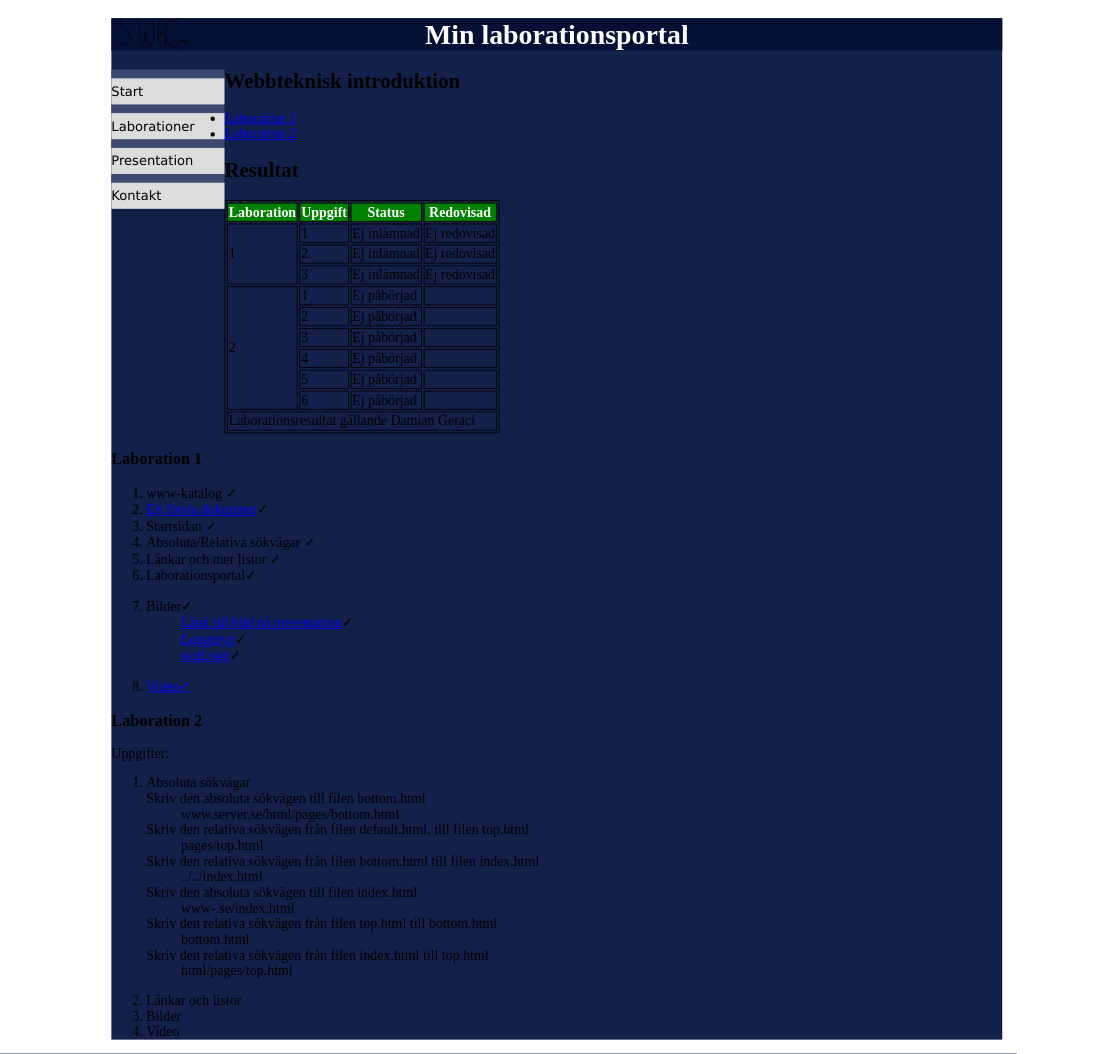
Repository: dg222dm/1ik415-laborationer
Page: pages/laborationer.html
The author's editor kept a record of every edit. The page is drawn from the files as they stood at one moment, then again after the next edit.
The browser window is 1280 px wide. The pictures show the whole page, at 87% of full size.

Above is the page before.

### pages/laborationer.html
<!doctype html>
<html lang="sv">
    <head>
        <link rel="stylesheet"  href="../css/style.css" />
        <meta charset="utf-8" />
        <title>Laborationer</title>
        <!--http://docs.webplatform.org/wiki/guides/html_tables -->
        <style>
        table,th,td
        {
        border:1px solid black;
        }
        </style>
    </head>

    <body>
    <div id="background">
    <div id="header">
        <h1>Min laborationsportal</h1>
    </div>

    <div id="nav">
<!--Lista med länkar -->
        <ul>
            <li><a href="../index.html">Start</a></li>
            <li><a href="laborationer.html">Laborationer</a></li>
            <li><a href="presentation.html">Presentation</a></li>
            <li><a href="kontakt.html">Kontakt</a></li>

<!--Slut på länk lista -->
        </ul>
    </div>
        <h2>Webbteknisk introduktion</h2>

        <ul>
            <li><a href="#lab1">Laboration 1</a></li>
            <li><a href="#lab2">Laboration 2</a></li>
        </ul>

<!--Tabell med studieresultat -->
<!-- http://www.w3schools.com/tags/tryit.asp?filename=tryhtml_td_rowspan -->
        <h2>Resultat</h2>
        <table>
            <thead>
                <tr>
                    <th>Laboration</th>
                    <th>Uppgift</th>
                    <th>Status</th>
                    <th>Redovisad</th>
                </tr>
            </thead>
            <tbody>
                <tr>
                    <td rowspan="3">1</td>
                    <td>1</td>
                    <td>Ej inlämnad</td>
                    <td>Ej redovisad</td>

                </tr>
                <tr>
                    <td>2</td>
                    <td>Ej inlämnad</td>
                    <td>Ej redovisad</td>
                </tr>
                <tr>
                    <td>3</td>
                    <td>Ej inlämnad</td>
                    <td>Ej redovisad</td>
                </tr>
                <tr>
                    <td rowspan="6">2</td>
                    <td>1</td>
                    <td>Ej påbörjad</td>
                    <td></td>
                </tr>
                <tr>
                    <td>2</td>
                    <td>Ej påbörjad</td>
                    <td></td>
                </tr>
                <tr>
                    <td>3</td>
                    <td>Ej påbörjad</td>
                    <td></td>
                </tr>
                <tr>
                    <td>4</td>
                    <td>Ej påbörjad</td>
                    <td></td>
                </tr>
                <tr>
                    <td>5</td>
                    <td>Ej påbörjad</td>
                    <td></td>
                </tr>
                <tr>
                    <td>6</td>
                    <td>Ej påbörjad</td>
                    <td></td>
                </tr>
            </tbody>
            <tfoot>
                <tr>
                    <td colspan="4">Laborationsresultat gällande Damian Geraci</td>
                </tr>
            </tfoot>
        </table>
<!--Slut på länklista med ID attributer-->
        <h3><a id="lab1">Laboration 1</a></h3>
        <ol>
            <li>www-katalog &#x2713;</li>
            <li><a href="presentation.html">Ett första dokument</a>&#x2713;</li>
            <li>Startsidan &#x2713;</li>
            <li>Absoluta/Relativa sökvägar &#x2713;</li>
            <li>Länkar och mer listor &#x2713;</li>
            <li>Laborationsportal&#x2713;</li>
            <!-- fråga läraren om mellanrummet -->
            <li><dl>
                <dt>Bilder&#x2713;</dt>
                <dd><a href="presentation.html#lyra">Länk till bild på presentation</a>&#x2713;</dd>
                <dd><a href="../pics/LoggoLab1.png">Loggotyp</a>&#x2713;</dd>
                <dd><a href="../index.html#svgLogo">svgLogo</a>&#x2713;</dd>
            </dl></li>
            <li><a href="../index.html#motivation">Video&#x2713;</a></li>
        </ol>
        <h3><a id="lab2">Laboration 2</a></h3>

<!--Lista med Laborations uppgifter-->
        <p>Uppgifter:</p>
        <ol>
            <li><dl>
                    <dt>Absoluta sökvägar</dt>
                    <dt>Skriv den absoluta sökvägen till filen bottom.html</dt>
                    <dd>www.server.se/html/pages/bottom.html</dd>
                    <dt>Skriv den relativa sökvägen från filen default.html. till filen top.html</dt>
                    <dd>pages/top.html</dd>
                    <dt>Skriv den relativa sökvägen från filen bottom.html till filen index.html</dt>
                    <dd>../../index.html</dd>
                    <dt>Skriv den absoluta sökvägen till filen index.html</dt>
                    <dd>www-.se/index.html</dd>
                    <dt>Skriv den relativa sökvägen från filen top.html till bottom.html</dt>
                    <dd>bottom.html</dd>
                    <dt>Skriv den relativa sökvägen från filen index.html till top.html</dt>
                    <dd>html/pages/top.html</dd>
            </dl></li>
            <li>Länkar och listor</li>
            <li>Bilder</li>
            <li>Video</li>
        </ol>
    </article>
    </div>
    </div>
    </body>
</html>

### css/style.css
#header {
    width:1024px;
    background-color:#051035;
    color:white;
    text-align:center;
    background-image: url(../css/pics/svgLogo.svg);
    background-size: 100px 100px;
    background-position: left -20px;
    background-repeat: no-repeat;

}
#nav ul{
    line-height:30px;
    background-color:#3E496F;
    list-style-type: none;
    font-family: verdana;
    font-size:15px;
    float:left;
    margin: 0;
    padding:0;
}

#nav li{
    margin: 10px 0 0; /*Mellan rum mellan list items*/
}

.active {
    font-size:20px;
    text-align:center;
}

#nav a{
    display: block;
    width: 130px;
    background: #dcdcdc;
    text-decoration: none; /*tar bort understräcken*/
}

#nav a:link, #nav a:active, #nav a:visited {
    color: #000000;
}

#nav a:hover {
    border:1px solid #000000;
    background:#333333;
    color: #ffffff;
}

#background {
    width:1024px;
    height:auto;
    margin:0 auto;
    background-color:#13214A;
}



#footer {
    background-color:#051035;
    width:1024px;
    color:white;
    clear:both;
    text-align:center;

}

#content {
  width: 730px;
  float:left;
  background-color:#596381;
  height: auto;

}

.right {
    float: right;
    border:1px solid #021a40;
    padding: 1px;
}
.left {
    float: left;
    border:1px solid #021a40;
    padding: 1px;
}

.center {
    margin-left:220px;

  }

  table, td, th {
    border: 1px  solid;
}

th {
    background-color: green;
    color: white;
}
/*
header färg: #051035
nav fönster färg: #3E496F
bakgrundsfärg: #13214A
content färg: #596381
footer färg: #051035

*/

After the next edit:
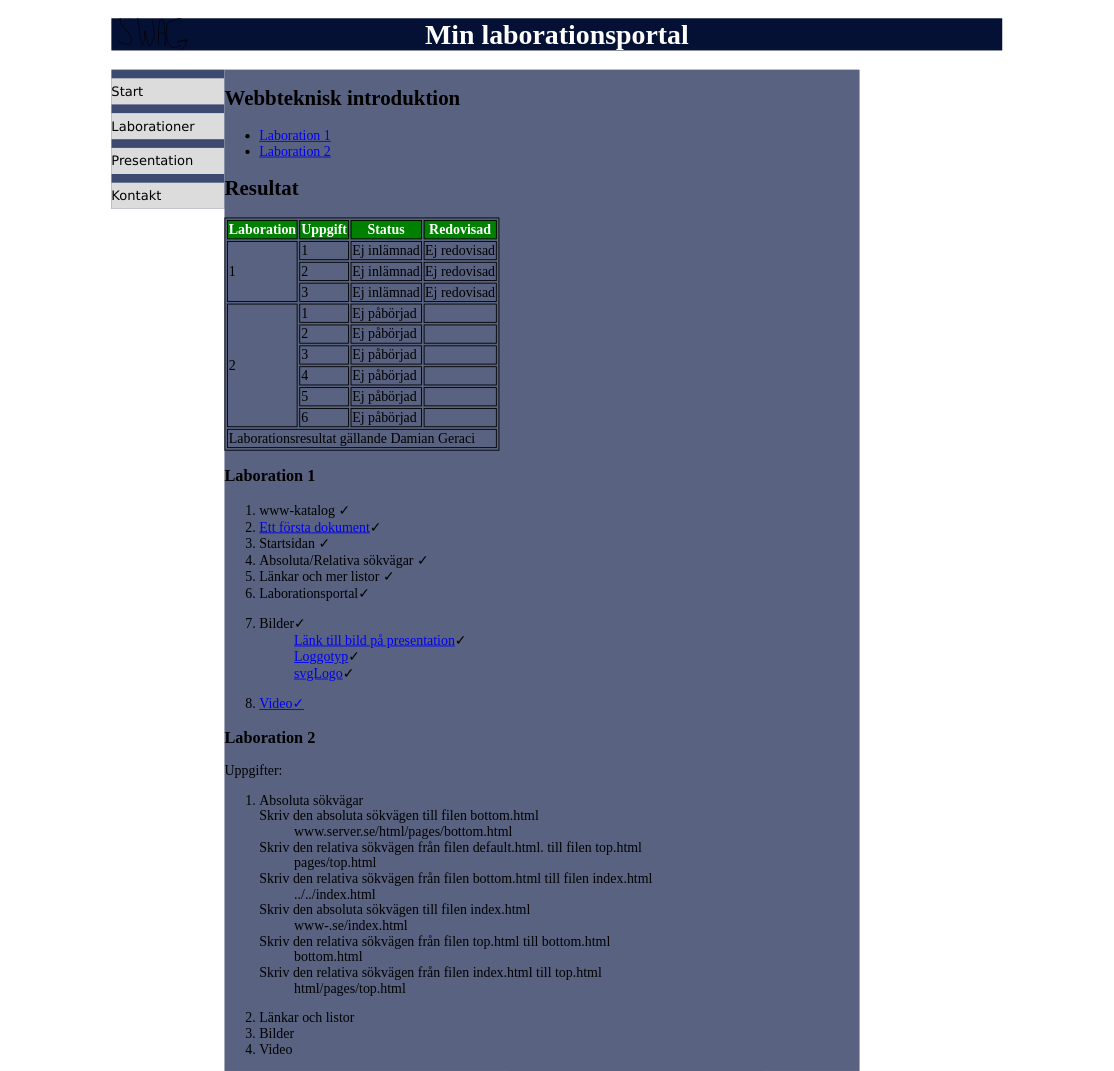
The edit:
--- a/pages/laborationer.html
+++ b/pages/laborationer.html
@@ -30,6 +30,8 @@
 <!--Slut på länk lista -->
         </ul>
     </div>
+    <div id="content">
+    <article>
         <h2>Webbteknisk introduktion</h2>
 
         <ul>
